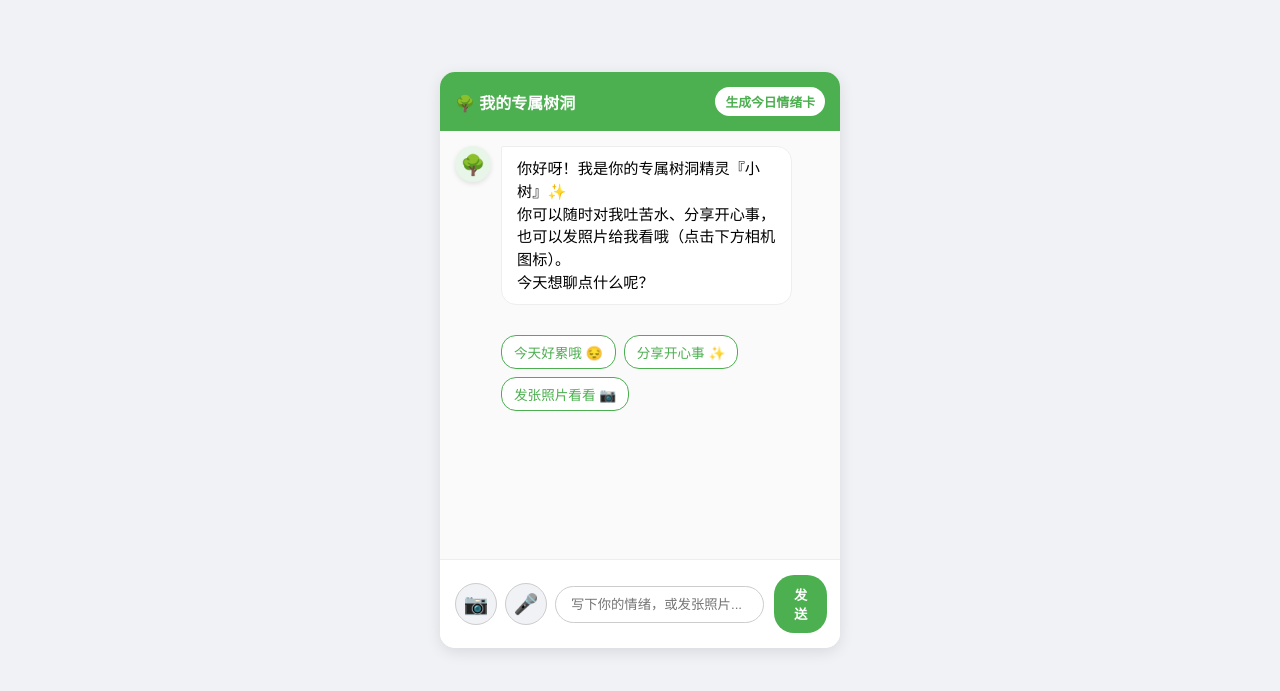
Repository: QinghuaSun1127/Tree_house
Page: index.html
The author's editor kept a copy of each file at every save. The page is drawn from the files as they stood at one save, then again after the next save.
The browser window is 1280 px wide. The pictures show the whole page.

Above is the page before, as saved 2026-04-10 02:04:56.

After the next save:
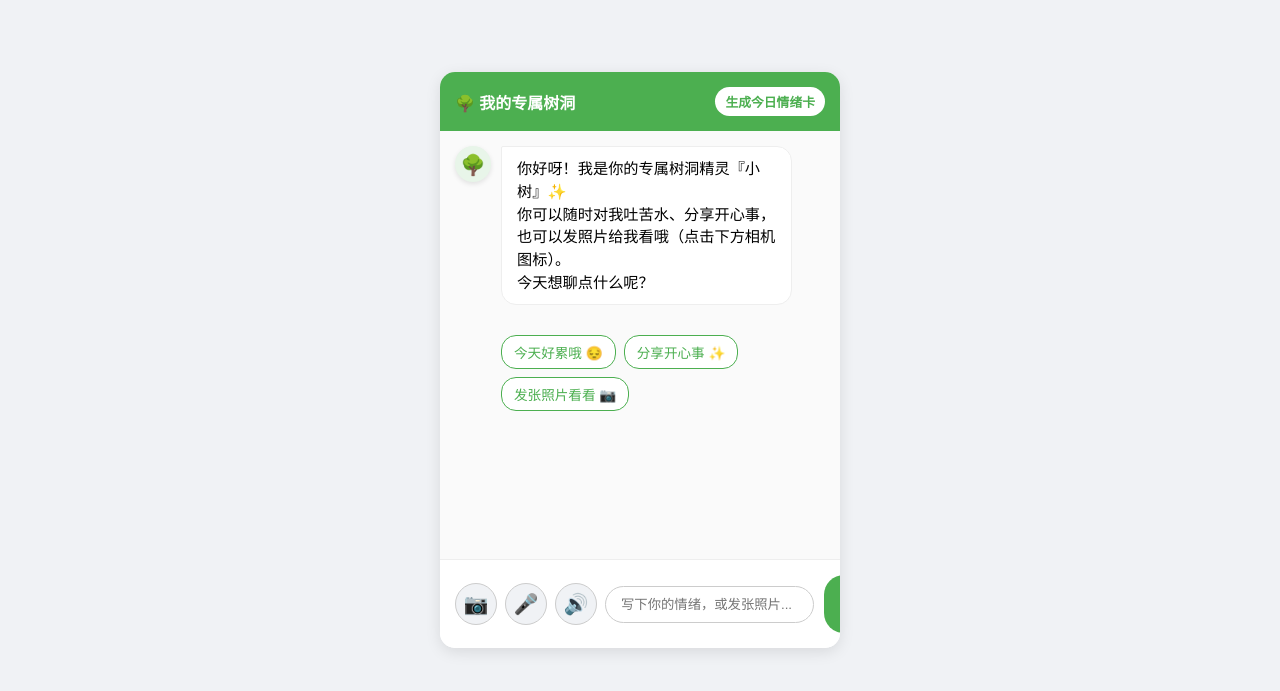
Saved 6 min 45 s later.
--- a/index.html
+++ b/index.html
@@ -264,13 +264,16 @@
             <span style="cursor:pointer; color:red; margin-left:10px;" onclick="clearImage()">✖ 取消图片</span>
         </div>
 
-        <div class="input-area">
-            <input type="file" id="imageInput" accept="image/*" style="display: none;" onchange="previewImage()">
-            <button class="upload-btn" onclick="document.getElementById('imageInput').click()">📷</button>
-            <button class="upload-btn" id="micBtn" onclick="toggleVoice()" title="点击开始/停止说话">🎤</button>
-            <input type="text" id="userInput" placeholder="写下你的情绪，或发张照片..." onkeypress="handleKeyPress(event)">
-            <button class="send-btn" onclick="sendMessage()">发送</button>
-        </div>
+    <div class="input-area">
+        <input type="file" id="imageInput" accept="image/*" style="display: none;" onchange="previewImage()">
+        <button class="upload-btn" onclick="document.getElementById('imageInput').click()">📷</button>
+        <button class="upload-btn" id="micBtn" onclick="toggleVoice()" title="点击开始/停止说话">🎤</button>
+
+        <button class="upload-btn" id="speakerBtn" onclick="toggleVoiceOutput()" title="开启/关闭语音播报">🔊</button>
+
+        <input type="text" id="userInput" placeholder="写下你的情绪，或发张照片..." onkeypress="handleKeyPress(event)">
+        <button class="send-btn" onclick="sendMessage()">发送</button>
+    </div>
     </div>
 
     <script>
